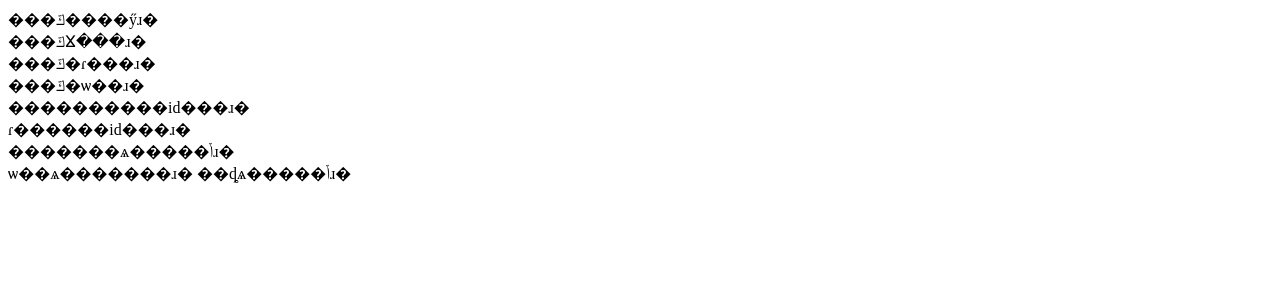
Repository: ZxxWs/P_M_learn
Page: http://localhost/
The author's editor kept a copy of each file at every save. The page is drawn from the files as they stood at one save, then again after the next save.
The browser window is 1280 px wide. The pictures show the whole page.
The page is run by PHP 8.4 with error messages shown; the project is at /var/www/html/. Queries for data that is not in the repository find no rows.

Above is the page before, as saved 2019-03-12 07:45:11.

### Mysql_learn/index.php
<?php

//MySQL在PHP中的方法：mysqli_function(value,value1....)

//************************************************************
//连接MySQL：
$host='localhost:3306';                    //可选，主机名|IP
$username='root';          //可选，MySQL用户名
$password;          //可选，MySQL密码
$dbname;            //可选，默认数据库
$port;                  //端口号
$socket;            //规定socket
$conn=mysqli_connect($host,$username);
//mysqli_close($link);//关闭与于数据库的连接
if($conn)
    echo "数据库连接成功";
echo "<br />";

//************************************************************
//创建数据库
$create="create database phpcreat";
$createdatabase=mysqli_query($conn, $create);
if($createdatabase)
    echo "数据库创建成功";
else{
    die('连接失败: ' . mysqli_error($conn));
}
echo "<br />";

//删除数据库
$drop="drop database phpcreat";
$drop=mysqli_query($conn, $drop);
if($drop)
    echo "数据库删除成功";
else{
    die('连接失败: ' . mysqli_error($conn));
}
echo "<br />";


//************************************************************
//选择数据库
$dbname="test";
$select=mysqli_select_db($conn, $dbname);
if($select)
    echo "数据库选择成功";
    else{
        die('连接失败: ' . mysqli_error($conn));
    }
echo "<br />";


//************************************************************
//创建表
$table="create table phptable(id int)";
$createtable=mysqli_query($conn, $table);
if($createtable)
    echo "创建表：“id”成功";
else{
    die('连接失败: ' . mysqli_error($conn));
}
echo "<br />";

//删除表
$droptable="drop table phptable";
$droptablea=mysqli_query($conn, $droptable);
if($droptablea)
    echo "删除表“id”成功";
echo "<br/>";


//***********************
// 设置编码，防止中文乱码
mysqli_query($conn , "set names utf8");
//***********************
//向表中插入数据————>students:name,num,class
$stuname="吴霜";
$stunum=1707004101;
$stuclass=17070144;
$sqldata="insert into students".
         "(name,num,class)".
         "values".
         "('$stuname','$stunum','$stuclass')";
$into=mysqli_query($conn, $sqldata);
if($into)
    echo "插入相关学生数据成功";
    echo "<br/>";


//***********************************************************
//读取数据库
$readdata='select name,num,class from students';
$selecttable=mysqli_select_db($conn, 'test');//选择表
if($selecttable)
    echo "选择学生表单成功";
    echo "    \t\0";
$readdata=mysqli_query($conn, $readdata);
if($into)
    echo "读取学生数据成功";
    echo "<br/>";

After the next save:
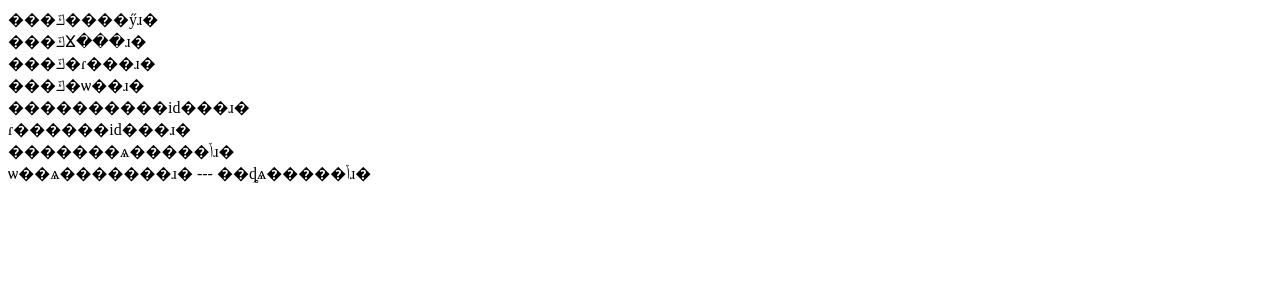
Saved 11 s later.
--- a/Mysql_learn/index.php
+++ b/Mysql_learn/index.php
@@ -93,7 +93,7 @@ $readdata='select name,num,class from students';
 $selecttable=mysqli_select_db($conn, 'test');//选择表
 if($selecttable)
     echo "选择学生表单成功";
-    echo "    \t\0";
+    echo "  ---  \t\0";
 $readdata=mysqli_query($conn, $readdata);
 if($into)
     echo "读取学生数据成功";
